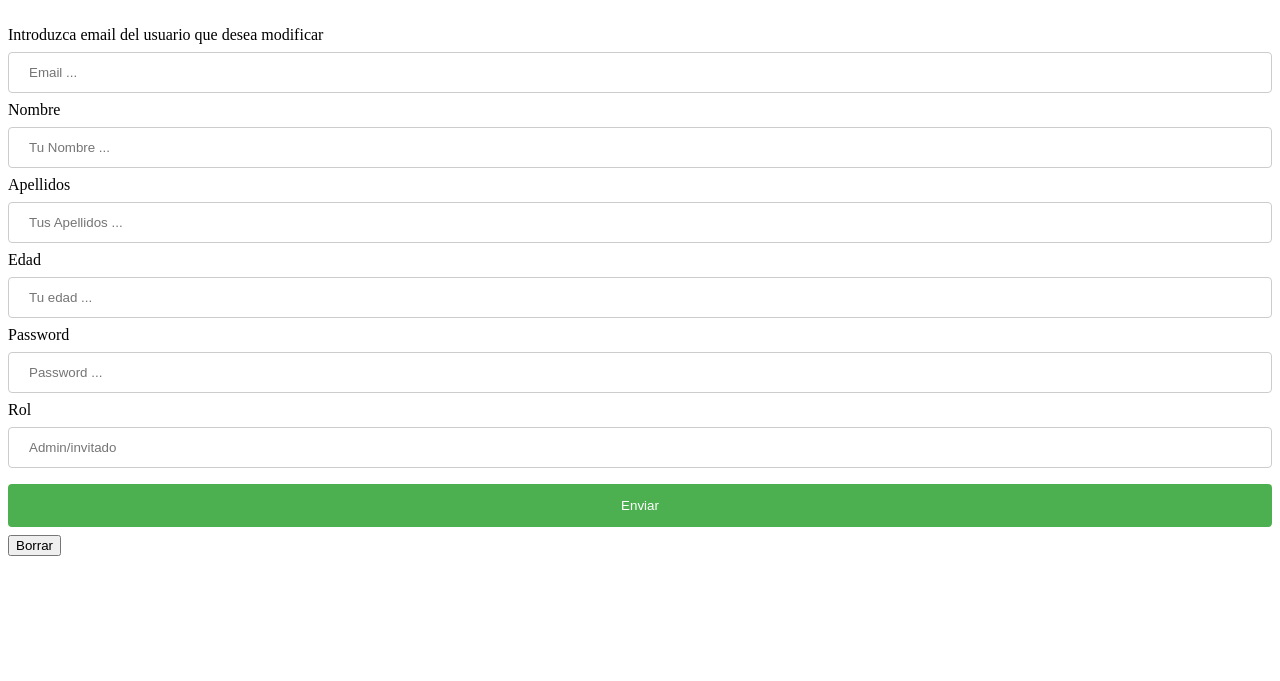
Repository: nachmz42/ProyectoJoker
Page: http://localhost/Joker/modificarusuario.jsp
These files come from the project's save history. The page is drawn as it stood at one moment and after the next save; the edit follows.
The browser window is 1280 px wide. The pictures show the whole page.
The page is served by Tomcat 9.

Above is the page before, as saved 2021-07-02 08:44:51.

After the next save:
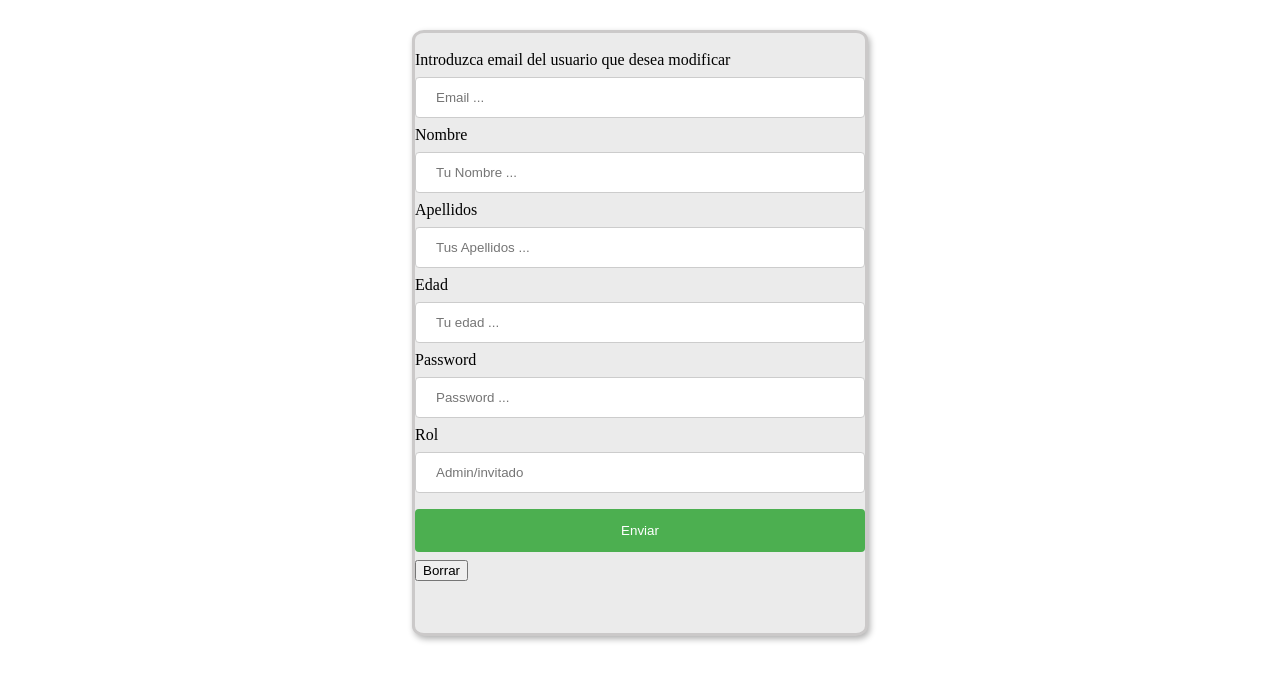
Saved 41 s later.
--- a/Joker/src/main/webapp/modificarusuario.jsp
+++ b/Joker/src/main/webapp/modificarusuario.jsp
@@ -10,7 +10,7 @@
 </head>
 <body>
 
-<div>
+<div class= "testbox">
   <form action="/Joker/ServletModificarusuario" method="post"><br>
 
   	<label for="email">Introduzca email del usuario que desea modificar</label>
